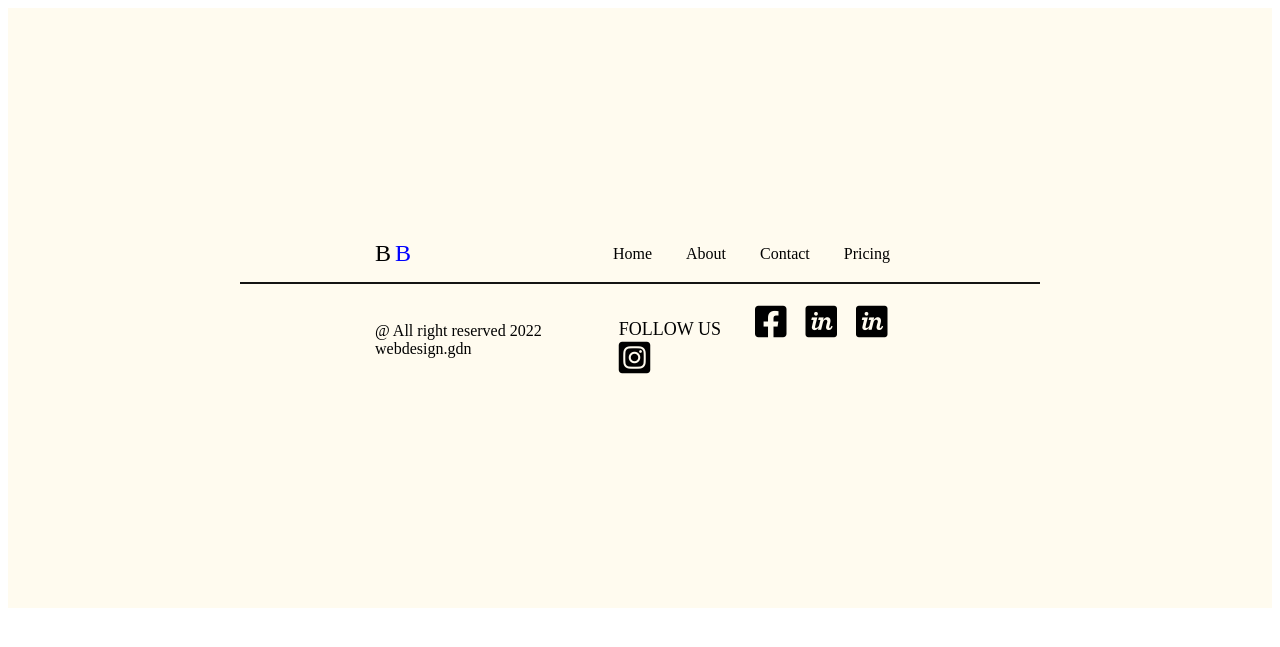
Repository: ngocphuocha/4lifeteam-marketing-agency
Page: index.html
The author's editor kept a copy of each file at every save. The page is drawn from the files as they stood at one save, then again after the next save.
The browser window is 1280 px wide. The pictures show the whole page.

Above is the page before, as saved 2023-03-13 17:20:15.

After the next save:
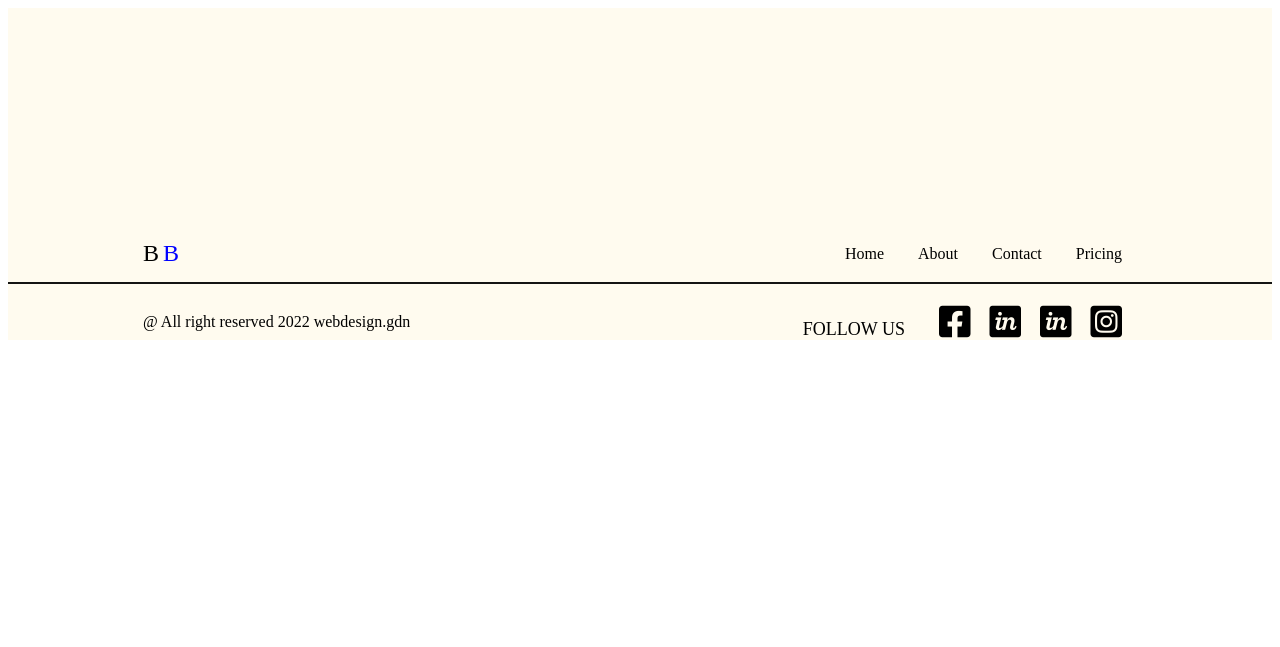
Saved 7 s later.
--- a/css/footer-service.css
+++ b/css/footer-service.css
@@ -1,7 +1,7 @@
 /*Nguyen Thanh*/
   .background-footer{
     background: #FFFBEF;
-    padding: 232px;
+    padding: 232px 0px 0px 0px;
   }
 
   .background-footer .container{
